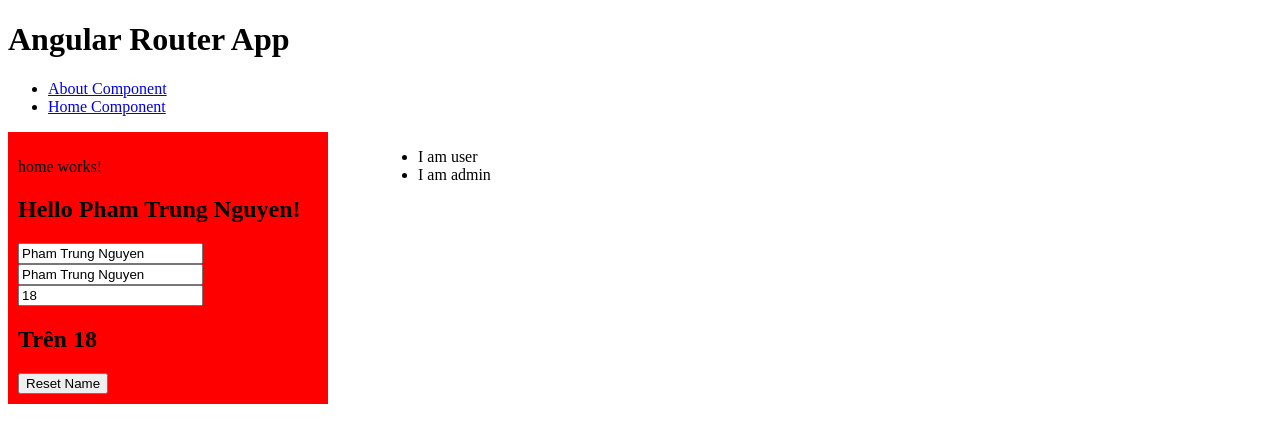
Repository: PhamTrungNguyen/Angular12
Page: /home (app in Angular/)
These files come from the project's save history. The page is drawn as it stood at one moment and after the next save; the edit follows.
The browser window is 1280 px wide. The pictures show the whole page.
The project was rebuilt for these pictures with package versions that can differ from the ones it lists, and the page was loaded fresh each time. Also part of the build but not shown: Angular/angular.json, Angular/src/app/about/about.component.ts, Angular/src/app/page-not-found/page-not-found.component.ts.

Above is the page before, as saved 2023-01-03 19:10:24.

After the next save:
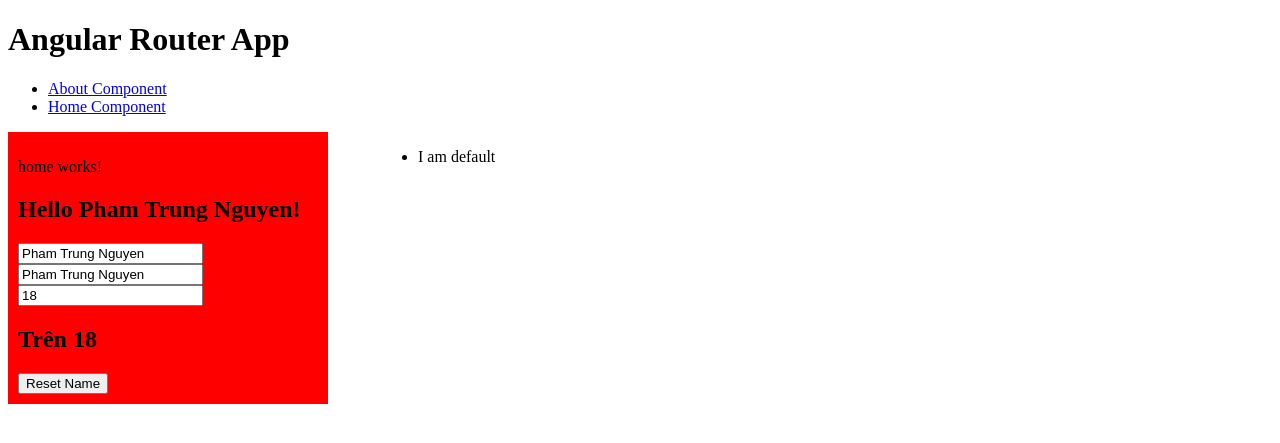
Saved 59 s later.
--- a/Angular/src/app/home/home.component.ts
+++ b/Angular/src/app/home/home.component.ts
@@ -6,6 +6,7 @@ import { Component } from '@angular/core';
   styleUrls: ['./home.component.scss'],
 })
 export class HomeComponent {
+  public login = '123';
   public name = 'Pham Trung Nguyen';
   public age = 18;
   public fruit = [];
